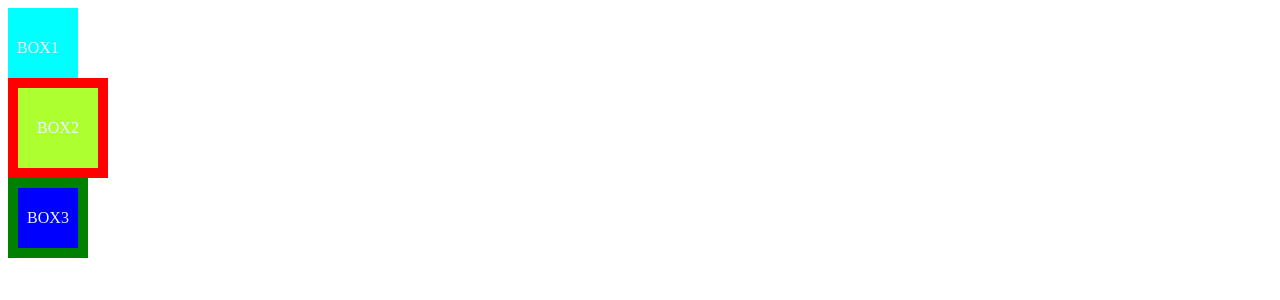
Repository: Ducspdn/WeTheBandF8
Page: html_learn_f8/index3.html
An editor plug-in stored every save of this project. The page is shown before and after the next save, followed by the edit.
The browser window is 1280 px wide. The pictures show the whole page.

Above is the page before, as saved 2023-01-14 10:30:25.

After the next save:
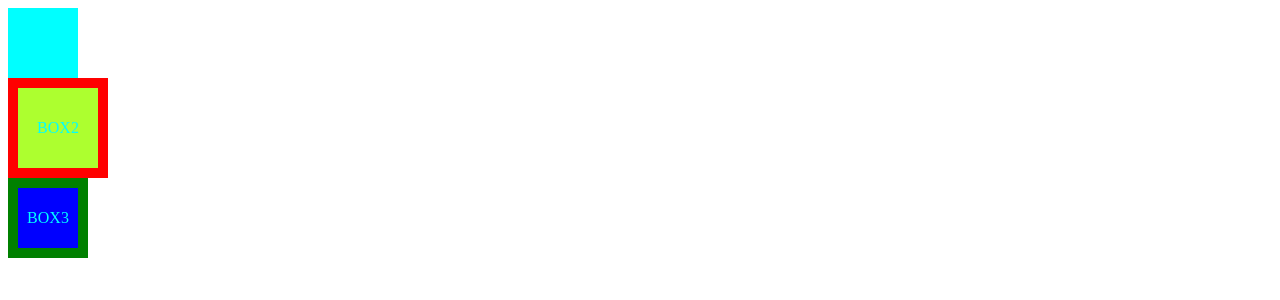
Saved 65 s later.
--- a/html_learn_f8/index3.html
+++ b/html_learn_f8/index3.html
@@ -10,7 +10,7 @@
         width: 60px;
         height: 60px;
         display: flex;
-        color: aliceblue;
+        color: aqua;
         justify-content: center;
         align-items:center;
         /* align-items : sắp xếp các mục */
